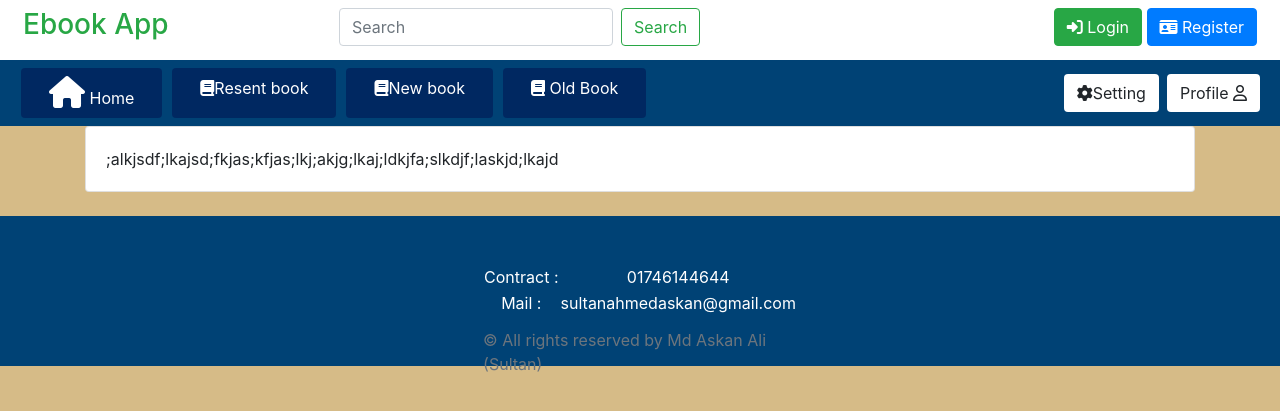
Repository: sultanaskan/EbookApp
Page: http://localhost/ebook/profile.jsp
The author's editor kept a copy of each file at every save. The page is drawn from the files as they stood at one save, then again after the next save.
The browser window is 1280 px wide. The pictures show the whole page.
The page is served by Tomcat 9.

Above is the page before, as saved 2024-05-06 07:51:01.

After the next save:
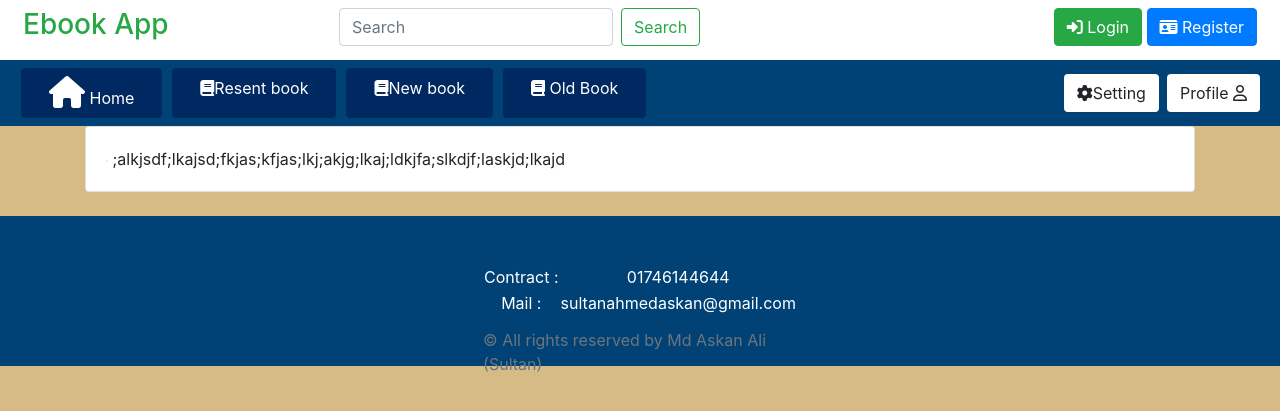
Saved 64 s later.
--- a/ebook/src/main/webapp/profile.jsp
+++ b/ebook/src/main/webapp/profile.jsp
@@ -24,6 +24,7 @@
 	<div class="container">
 		<div class="card">
 			<div class="card-body">
+			<img class="rounded border h-10 w-10" alt="" src="">
 			<img alt="" src="">;alkjsdf;lkajsd;fkjas;kfjas;lkj;akjg;lkaj;ldkjfa;slkdjf;laskjd;lkajd
 			</div>
 		</div>
